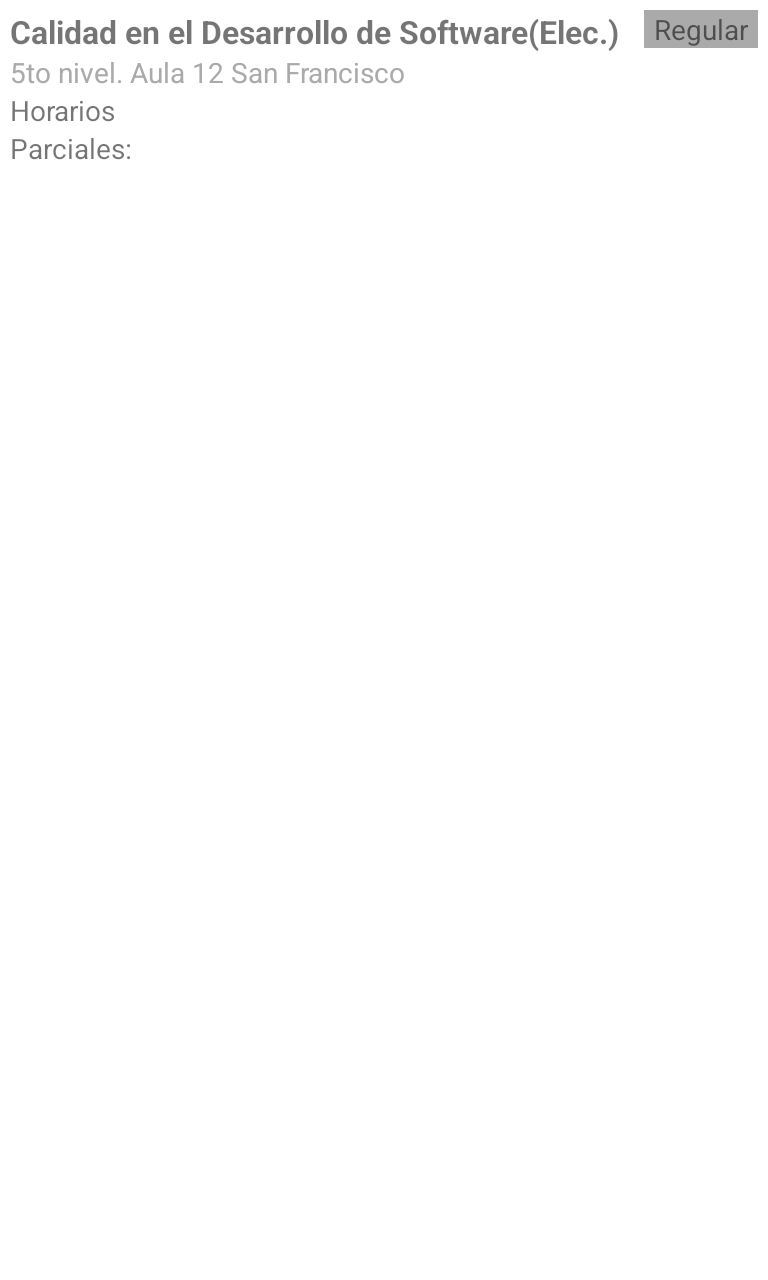
Repository: juanpablobono/Sysacadalumnos
Layout: Sysacad/res/layout/lst_cursado_item.xml
These files come from the project's save history. The layout is drawn as it stood at one moment and after the next save; the edit follows.
It is drawn on a 768 x 1280 px phone screen (xhdpi) without system bars, with theme temaSysacad; the app's code is not run.

Above is the layout before, as saved 2014-07-07 12:59:19.

After the next save:
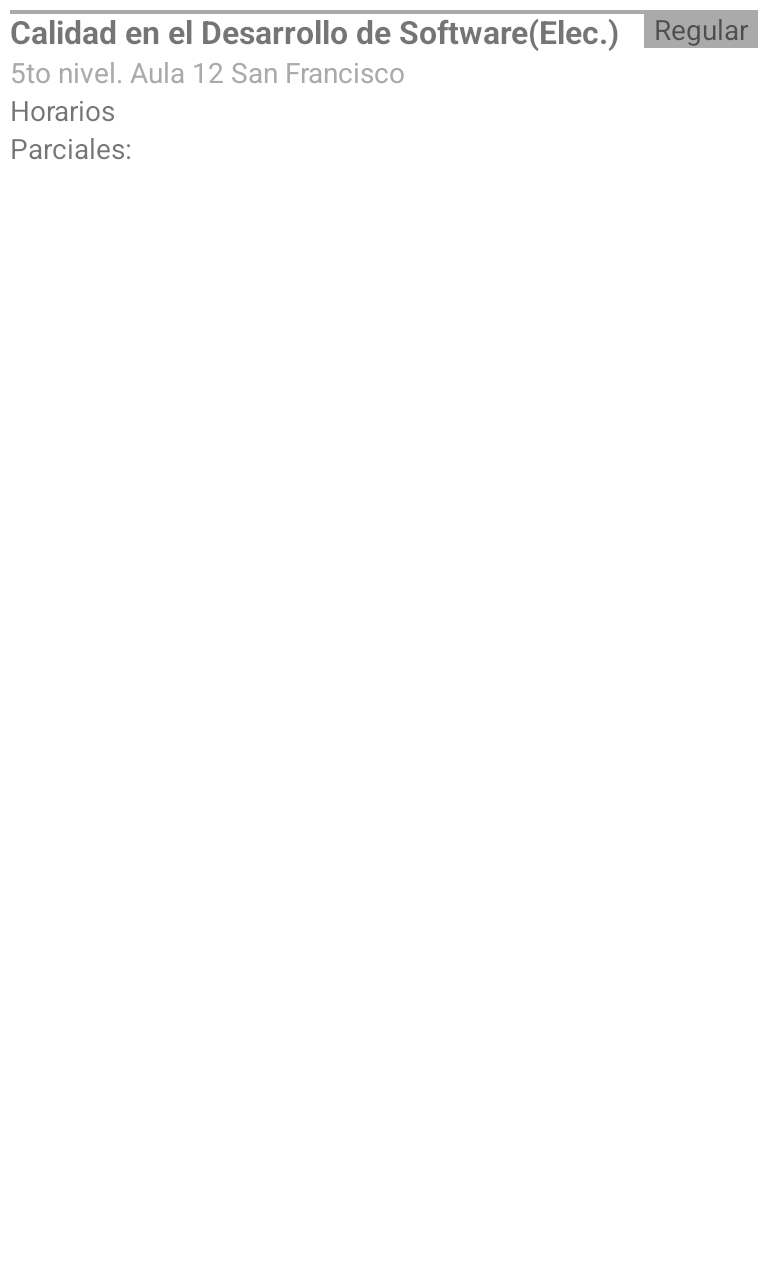
Saved 16 s later.
--- a/Sysacad/res/layout/lst_cursado_item.xml
+++ b/Sysacad/res/layout/lst_cursado_item.xml
@@ -67,7 +67,8 @@
     <View
         android:id="@+id/viewSeparadorHorarios"
         android:layout_width="match_parent"
-        android:layout_height="2dp"/>
+        android:layout_height="2dp"
+        android:background="@android:color/darker_gray"/>
 
     <TextView
         android:id="@+id/lblForParciales"
